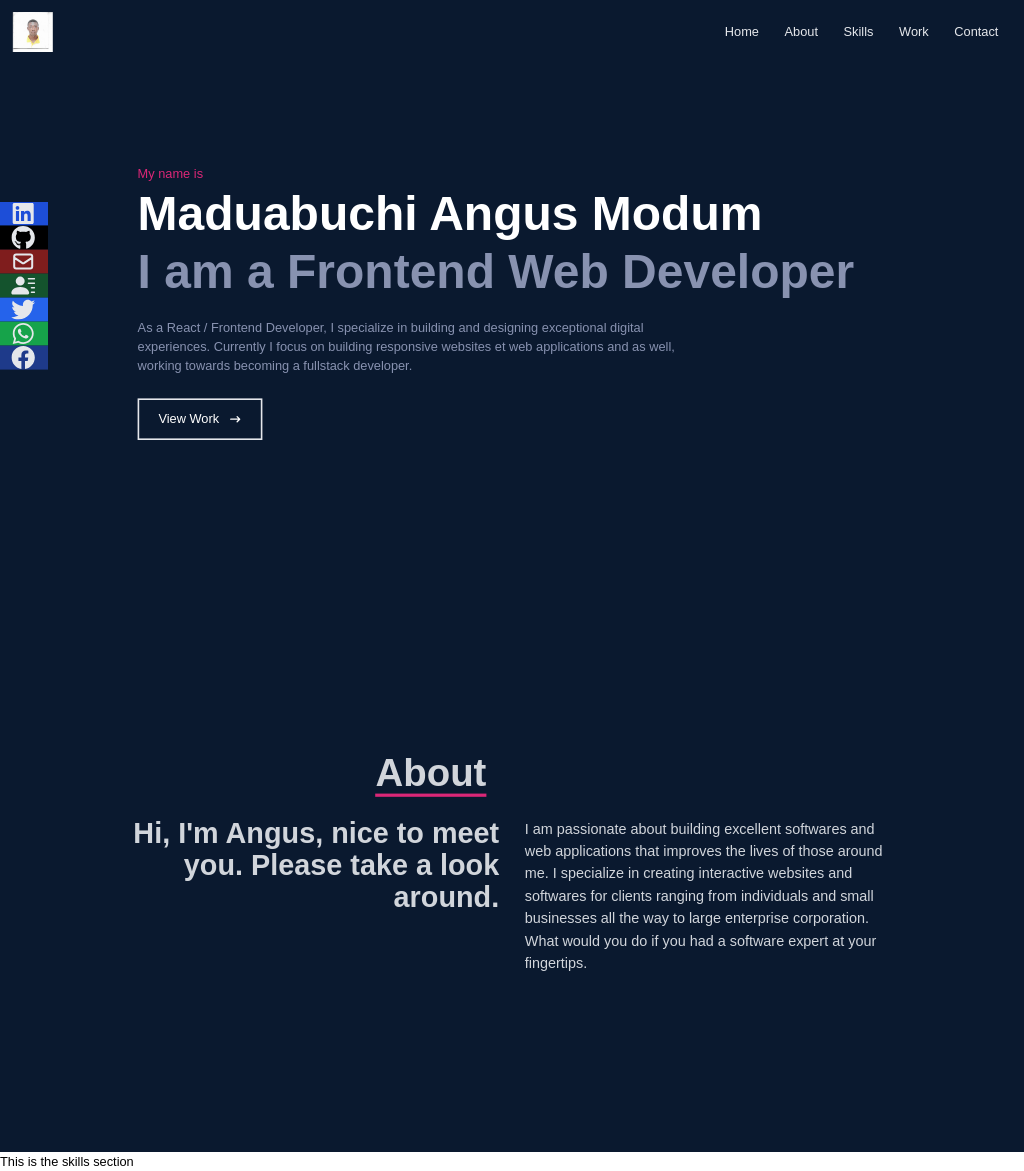
Repository: AngusOnyebuchi/Dashboard
Page: /
These files come from the project's save history. The page is drawn as it stood at one moment and after the next save; the edit follows.
The browser window is 1280 px wide. The pictures show the whole page, at 80% of full size.
The project was rebuilt for these pictures with package versions that can differ from the ones it lists, and the page was loaded fresh each time.

Above is the page before, as saved 2022-04-14 11:38:16.

After the next save:
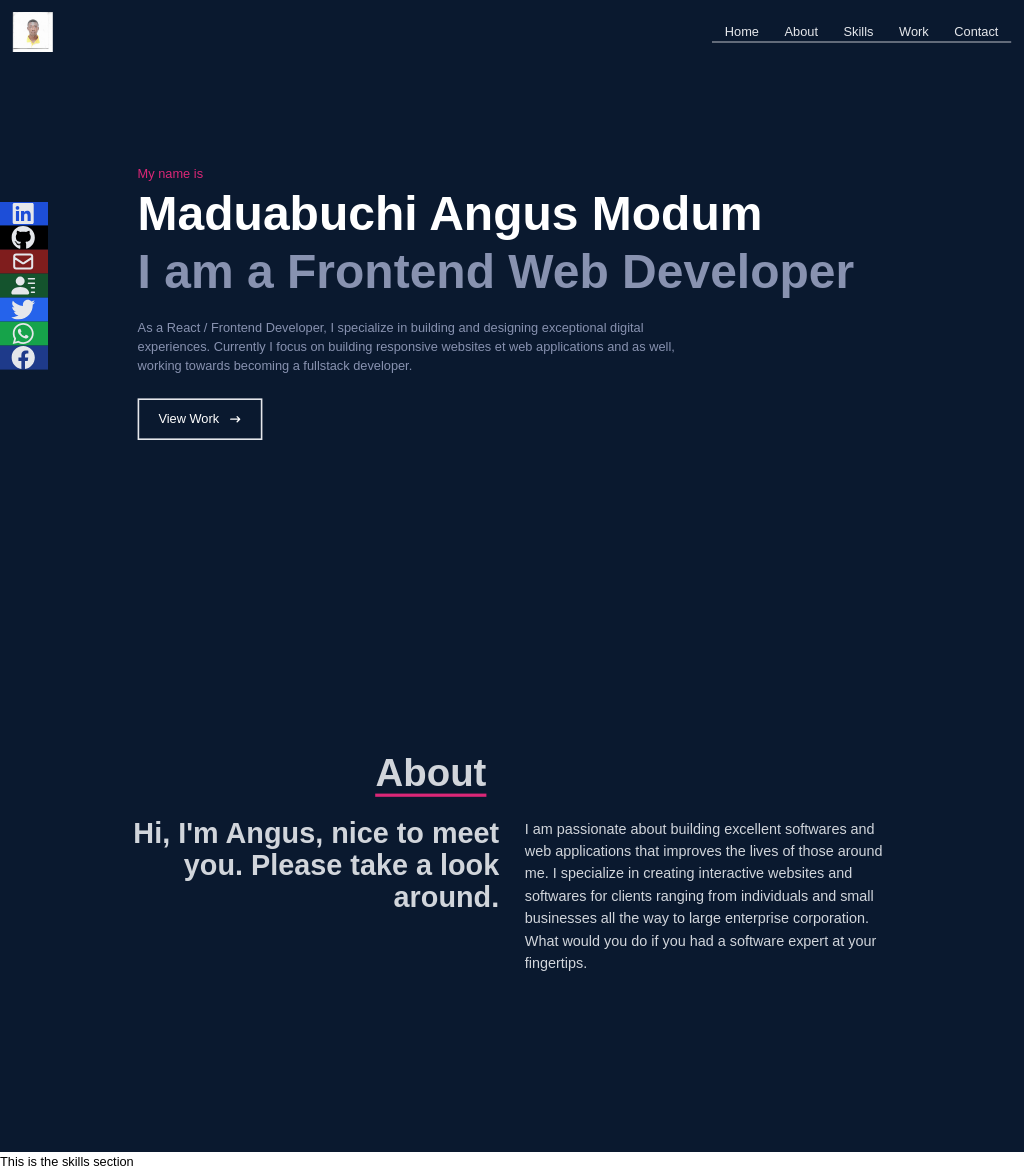
Saved 2 min 29 s later.
--- a/src/components/NavBar.js
+++ b/src/components/NavBar.js
@@ -16,7 +16,7 @@
        </div>
 
          {/* Menu */}
-         <ul className="hidden md:flex">
+         <ul className="hidden md:flex hover:inline border-b">
             <li>Home</li>
             <li>About</li>
             <li>Skills</li>

After the save that followed:
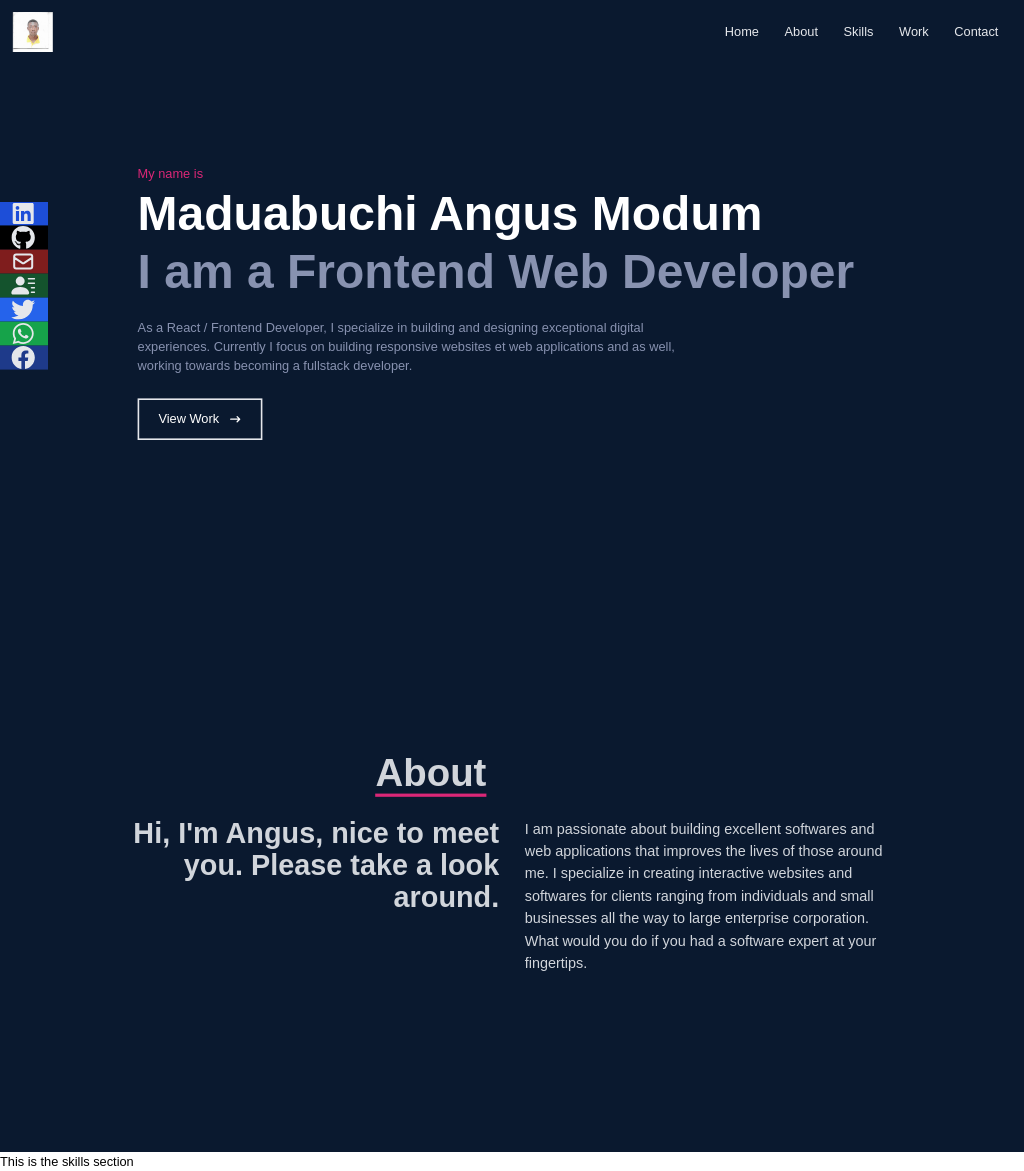
Saved 33 s later.
--- a/src/components/NavBar.js
+++ b/src/components/NavBar.js
@@ -16,7 +16,7 @@
        </div>
 
          {/* Menu */}
-         <ul className="hidden md:flex hover:inline border-b">
+         <ul className="hidden md:flex hover:inline hover:border-b">
             <li>Home</li>
             <li>About</li>
             <li>Skills</li>
